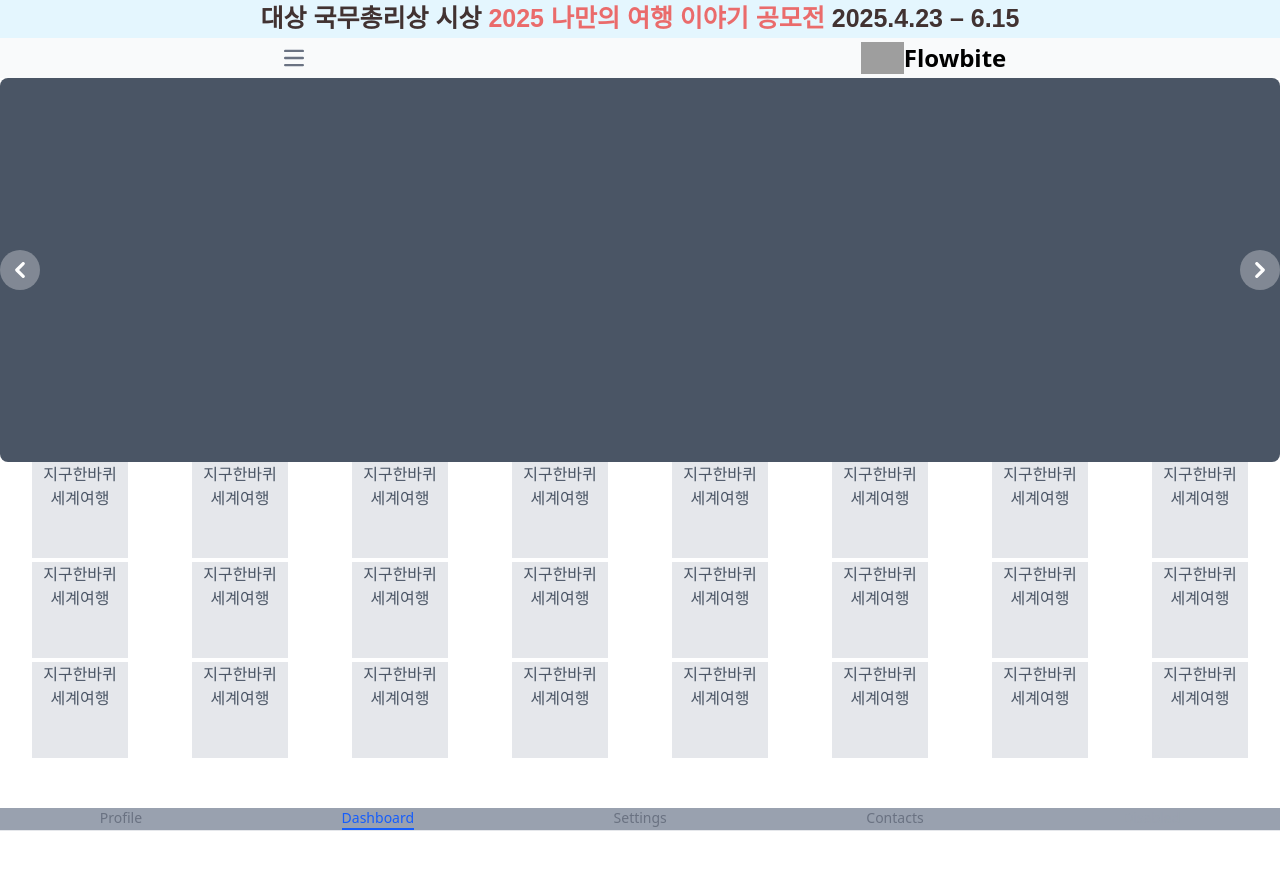
Repository: hyerim1234/travelblog
Page: html/index.html
An editor plug-in stored every save of this project. The page is shown before and after the next save, followed by the edit.
The browser window is 1280 px wide. The pictures show the whole page.
Pictures or frames that could not be fetched are drawn as grey boxes. Some web fonts or font styles are not loaded; a fallback is used. The style sheet was rebuilt from its Sass, Less or Tailwind sources for each picture, by a compiler version that may differ from the author's.

Above is the page before, as saved 2025-05-19 16:04:42.

### html/index.html
<!DOCTYPE html>
<html lang="en">
<head>
    <meta charset="UTF-8">
    <meta name="viewport" content="width=device-width, initial-scale=1.0">
    <title>여행블로그_250516</title>
    <link rel="stylesheet" href="../css/index.css">
    <link rel="preload" as="font" href="https://fastly.jsdelivr.net/gh/projectnoonnu/noonfonts_2102-01@1.0/RixYeoljeongdo_Regular.woff" type="font/woff" crossorigin>
    <script src="https://cdn.jsdelivr.net/npm/@tailwindcss/browser@4" defer></script>

</head>

<body>
   <!-- 1) 이벤트 배너 -->
  <div id="event-banner">
    <h1>
        대상 국무총리상 시상
        <span >2025 나만의 여행 이야기 공모전</span>
        2025.4.23 – 6.15
    </h1>
  </div>


  <!-- 주 네비게이션 메뉴 -->
  <nav class="border-gray-200 bg-gray-50">
    <div class="max-w-screen-xl flex flex-wrap items-center p-4">

      <!-- <a href="#" class="flex items-center space-x-3 rtl:space-x-reverse">
          <img src="https://flowbite.com/docs/images/logo.svg" class="h-8" alt="Flowbite Logo" />
          <span class="self-center text-2xl font-semibold whitespace-nowrap dark:text-white">Flowbite</span>
      </a> -->

      <button data-collapse-toggle="navbar-hamburger" type="button" class="inline-flex items-center justify-center p-2 w-10 h-10 text-sm text-gray-500 rounded-lg hover:bg-gray-100 focus:outline-none focus:ring-2 focus:ring-gray-200 dark:text-gray-400 dark:hover:bg-gray-700 dark:focus:ring-gray-600" aria-controls="navbar-hamburger" aria-expanded="false">
        <span class="sr-only">Open main menu</span>
        <svg class="w-5 h-5" aria-hidden="true" xmlns="http://www.w3.org/2000/svg" fill="none" viewBox="0 0 17 14">
            <path stroke="currentColor" stroke-linecap="round" stroke-linejoin="round" stroke-width="2" d="M1 1h15M1 7h15M1 13h15"/>
        </svg>
      </button>

        <a href="#" class="flex items-center space-x-3 ">
          <img src="https://flowbite.com/docs/images/logo.svg" class="h-8" alt="Flowbite Logo" />
          <span class="self-center text-2xl font-semibold whitespace-nowrap dark:text-white">Flowbite</span>
        </a>

      <div class="hidden w-full" id="navbar-hamburger">
        <ul class="flex flex-col font-medium mt-4 rounded-lg bg-gray-50 dark:bg-gray-800 dark:border-gray-700">
          <li>
            <a href="#" class="block py-2 px-3 text-white bg-blue-700 rounded-sm dark:bg-blue-600" aria-current="page">Home</a>
          </li>
          <li>
            <a href="#" class="block py-2 px-3 text-gray-900 rounded-sm hover:bg-gray-100 dark:text-gray-400 dark:hover:bg-gray-700 dark:hover:text-white">Services</a>
          </li>
          <li>
            <a href="#" class="block py-2 px-3 text-gray-900 rounded-sm hover:bg-gray-100 dark:text-gray-400 md:dark:hover:text-white dark:hover:bg-gray-700 dark:hover:text-white">Pricing</a>
          </li>
          <li>
            <a href="#" class="block py-2 px-3 text-gray-900 rounded-sm hover:bg-gray-100 dark:text-gray-400 dark:hover:bg-gray-700 dark:hover:text-white">Contact</a>
          </li>
        </ul>
      </div>
    </div>
  </nav>



<main class="py-8">
  <!-- 2) 슬라이더 섹션 -->
  <div id="controls-carousel" class="relative w-full" data-carousel="static">
      <!-- Carousel wrapper -->
      <div class="relative h-56 overflow-hidden rounded-lg md:h-96 bg-gray-600">
          <!-- Item 1 -->
          <div class="hidden duration-700 ease-in-out" data-carousel-item>
              <img src="/docs/images/carousel/carousel-1.svg" class="absolute block w-full -translate-x-1/2 -translate-y-1/2 top-1/2 left-1/2 bg-gray-100" alt="...">
          </div>
          <!-- Item 2 -->
          <div class="hidden duration-700 ease-in-out" data-carousel-item="active">
              <img src="/docs/images/carousel/carousel-2.svg" class="absolute block w-full -translate-x-1/2 -translate-y-1/2 top-1/2 left-1/2" alt="...">
          </div>
          <!-- Item 3 -->
          <div class="hidden duration-700 ease-in-out" data-carousel-item>
              <img src="/docs/images/carousel/carousel-3.svg" class="absolute block w-full -translate-x-1/2 -translate-y-1/2 top-1/2 left-1/2" alt="...">
          </div>
          <!-- Item 4 -->
          <div class="hidden duration-700 ease-in-out" data-carousel-item>
              <img src="/docs/images/carousel/carousel-4.svg" class="absolute block w-full -translate-x-1/2 -translate-y-1/2 top-1/2 left-1/2" alt="...">
          </div>
          <!-- Item 5 -->
          <div class="hidden duration-700 ease-in-out" data-carousel-item>
              <img src="/docs/images/carousel/carousel-5.svg" class="absolute block w-full -translate-x-1/2 -translate-y-1/2 top-1/2 left-1/2" alt="...">
          </div>
      </div>
      <!-- Slider controls -->
      <button type="button" class="absolute top-0 start-0 z-30 flex items-center justify-center h-full px-4 cursor-pointer group focus:outline-none" data-carousel-prev>
          <span class="inline-flex items-center justify-center w-10 h-10 rounded-full bg-white/30 dark:bg-gray-800/30 group-hover:bg-white/50 dark:group-hover:bg-gray-800/60 group-focus:ring-4 group-focus:ring-white dark:group-focus:ring-gray-800/70 group-focus:outline-none">
              <svg class="w-4 h-4 text-white dark:text-gray-800 rtl:rotate-180" aria-hidden="true" xmlns="http://www.w3.org/2000/svg" fill="none" viewBox="0 0 6 10">
                  <path stroke="currentColor" stroke-linecap="round" stroke-linejoin="round" stroke-width="2" d="M5 1 1 5l4 4"/>
              </svg>
              <span class="sr-only">Previous</span>
          </span>
      </button>
      <button type="button" class="absolute top-0 end-0 z-30 flex items-center justify-center h-full px-4 cursor-pointer group focus:outline-none" data-carousel-next>
          <span class="inline-flex items-center justify-center w-10 h-10 rounded-full bg-white/30 dark:bg-gray-800/30 group-hover:bg-white/50 dark:group-hover:bg-gray-800/60 group-focus:ring-4 group-focus:ring-white dark:group-focus:ring-gray-800/70 group-focus:outline-none">
              <svg class="w-4 h-4 text-white dark:text-gray-800 rtl:rotate-180" aria-hidden="true" xmlns="http://www.w3.org/2000/svg" fill="none" viewBox="0 0 6 10">
                  <path stroke="currentColor" stroke-linecap="round" stroke-linejoin="round" stroke-width="2" d="m1 9 4-4-4-4"/>
              </svg>
              <span class="sr-only">Next</span>
          </span>
      </button>
  </div>


  <section>
    <!-- 1. 래퍼: 모바일에서 좌우 스크롤 -->
    <div class="overflow-x-auto">
      <!-- 2. 실제 그리드 -->
      <div class="flex grid-col-8 grid-row-">
        <!-- ==== 1행 ==== -->
        <div class="p-6 text-center size-24 bg-gray-200 ">
          <p class="text-gray-600 text-base">지구한바퀴<br/>세계여행</p>
        </div>

        <div class=" p-6 text-center  size-24 bg-gray-200 ">
          <p class="text-gray-600 text-base">지구한바퀴<br/>세계여행</p>
        </div>

        <div class=" p-6 text-center  size-24 bg-gray-200 ">
          <p class="text-gray-600 text-base">지구한바퀴<br/>세계여행</p>
        </div>

        <div class=" p-6 text-center  size-24 bg-gray-200 ">
          <p class="text-gray-600 text-base">지구한바퀴<br/>세계여행</p>
        </div>

         <div class=" p-6 text-center  size-24 bg-gray-200 ">
          <p class="text-gray-600 text-base">지구한바퀴<br/>세계여행</p>
        </div>

         <div class=" p-6 text-center  size-24 bg-gray-200 ">
          <p class="text-gray-600 text-base">지구한바퀴<br/>세계여행</p>
        </div>

         <div class=" p-6 text-center  size-24 bg-gray-200 ">
          <p class="text-gray-600 text-base">지구한바퀴<br/>세계여행</p>
        </div>

         <div class=" p-6 text-center  size-24 bg-gray-200 ">
          <p class="text-gray-600 text-base">지구한바퀴<br/>세계여행</p>
        </div>
      </div>

      <div class="flex " style="margin: 4px 0px;">
        <!-- ==== 2행 ==== -->
        <div class="p-6 text-center size-24 bg-gray-200 ">
          <p class="text-gray-600 text-base">지구한바퀴<br/>세계여행</p>
        </div>

        <div class=" p-6 text-center  size-24 bg-gray-200 ">
          <p class="text-gray-600 text-base">지구한바퀴<br/>세계여행</p>
        </div>

        <div class=" p-6 text-center  size-24 bg-gray-200 ">
          <p class="text-gray-600 text-base">지구한바퀴<br/>세계여행</p>
        </div>

        <div class=" p-6 text-center  size-24 bg-gray-200 ">
          <p class="text-gray-600 text-base">지구한바퀴<br/>세계여행</p>
        </div>

         <div class=" p-6 text-center  size-24 bg-gray-200 ">
          <p class="text-gray-600 text-base">지구한바퀴<br/>세계여행</p>
        </div>

         <div class=" p-6 text-center  size-24 bg-gray-200 ">
          <p class="text-gray-600 text-base">지구한바퀴<br/>세계여행</p>
        </div>

         <div class=" p-6 text-center  size-24 bg-gray-200 ">
          <p class="text-gray-600 text-base">지구한바퀴<br/>세계여행</p>
        </div>

         <div class=" p-6 text-center  size-24 bg-gray-200 ">
          <p class="text-gray-600 text-base">지구한바퀴<br/>세계여행</p>
        </div>
      </div>

      <div class="flex grid-col-8 grid-row-3">
        <!-- ==== 3행 ==== -->
        <div class="p-6 text-center size-24 bg-gray-200 ">
          <p class="text-gray-600 text-base">지구한바퀴<br/>세계여행</p>
        </div>

        <div class=" p-6 text-center  size-24 bg-gray-200 ">
          <p class="text-gray-600 text-base">지구한바퀴<br/>세계여행</p>
        </div>

        <div class=" p-6 text-center  size-24 bg-gray-200 ">
          <p class="text-gray-600 text-base">지구한바퀴<br/>세계여행</p>
        </div>

        <div class=" p-6 text-center  size-24 bg-gray-200 ">
          <p class="text-gray-600 text-base">지구한바퀴<br/>세계여행</p>
        </div>

         <div class=" p-6 text-center  size-24 bg-gray-200 ">
          <p class="text-gray-600 text-base">지구한바퀴<br/>세계여행</p>
        </div>

         <div class=" p-6 text-center  size-24 bg-gray-200 ">
          <p class="text-gray-600 text-base">지구한바퀴<br/>세계여행</p>
        </div>

         <div class=" p-6 text-center  size-24 bg-gray-200 ">
          <p class="text-gray-600 text-base">지구한바퀴<br/>세계여행</p>
        </div>

         <div class=" p-6 text-center  size-24 bg-gray-200 ">
          <p class="text-gray-600 text-base">지구한바퀴<br/>세계여행</p>
        </div>
      </div>

    </div>
  </section>


  <!-- 요일별 연재 : 탭 기능 -->

    <section class="bg-gray-400" style="margin: 50px 0px;">
      <div class="text-sm font-medium text-center text-gray-500 border-b border-gray-200 dark:text-gray-400 dark:border-gray-700">
        <ul class="flex flex-wrap -mb-px">
            <li class="me-2">
                <a href="#" class="inline-block p-4 border-b-2 border-transparent rounded-t-lg hover:text-gray-600 hover:border-gray-300 dark:hover:text-gray-300">Profile</a>
            </li>
            <li class="me-2">
                <a href="#" class="inline-block p-4 text-blue-600 border-b-2 border-blue-600 rounded-t-lg active dark:text-blue-500 dark:border-blue-500" aria-current="page">Dashboard</a>
            </li>
            <li class="me-2">
                <a href="#" class="inline-block p-4 border-b-2 border-transparent rounded-t-lg hover:text-gray-600 hover:border-gray-300 dark:hover:text-gray-300">Settings</a>
            </li>
            <li class="me-2">
                <a href="#" class="inline-block p-4 border-b-2 border-transparent rounded-t-lg hover:text-gray-600 hover:border-gray-300 dark:hover:text-gray-300">Contacts</a>
            </li>
            <li>
                <a class="inline-block p-4 text-gray-400 rounded-t-lg cursor-not-allowed dark:text-gray-500">Disabled</a>
            </li>
        </ul>
      </div>
    </section>

</main>

  <footer>
    <!-- 저작권, 연락처, 사이트 맵 등의 푸터 콘텐츠 -->
  </footer>
</body>
</html>

### css/index.scss
*{
    margin: 0 auto;
    padding: 0;
    box-sizing: border-box;

}

@font-face {
    font-family: 'GmarketSansMedium';
    src: url('https://fastly.jsdelivr.net/gh/projectnoonnu/noonfonts_2001@1.1/GmarketSansMedium.woff') format('woff');
    font-weight: normal;
    font-style: normal;
}

#event-banner{
    background-color: #e4f6fe;
    > h1{
        text-align: center;
        font-size: 25px;
        font-family: 'GmarketSansMedium', sans-serif;
        font-style: normal;
        font-display: swap;
        font-weight: 900;
        color: #413231;

        >span{
            color:#EA6B6B;
        }
    }
}

After the next save:
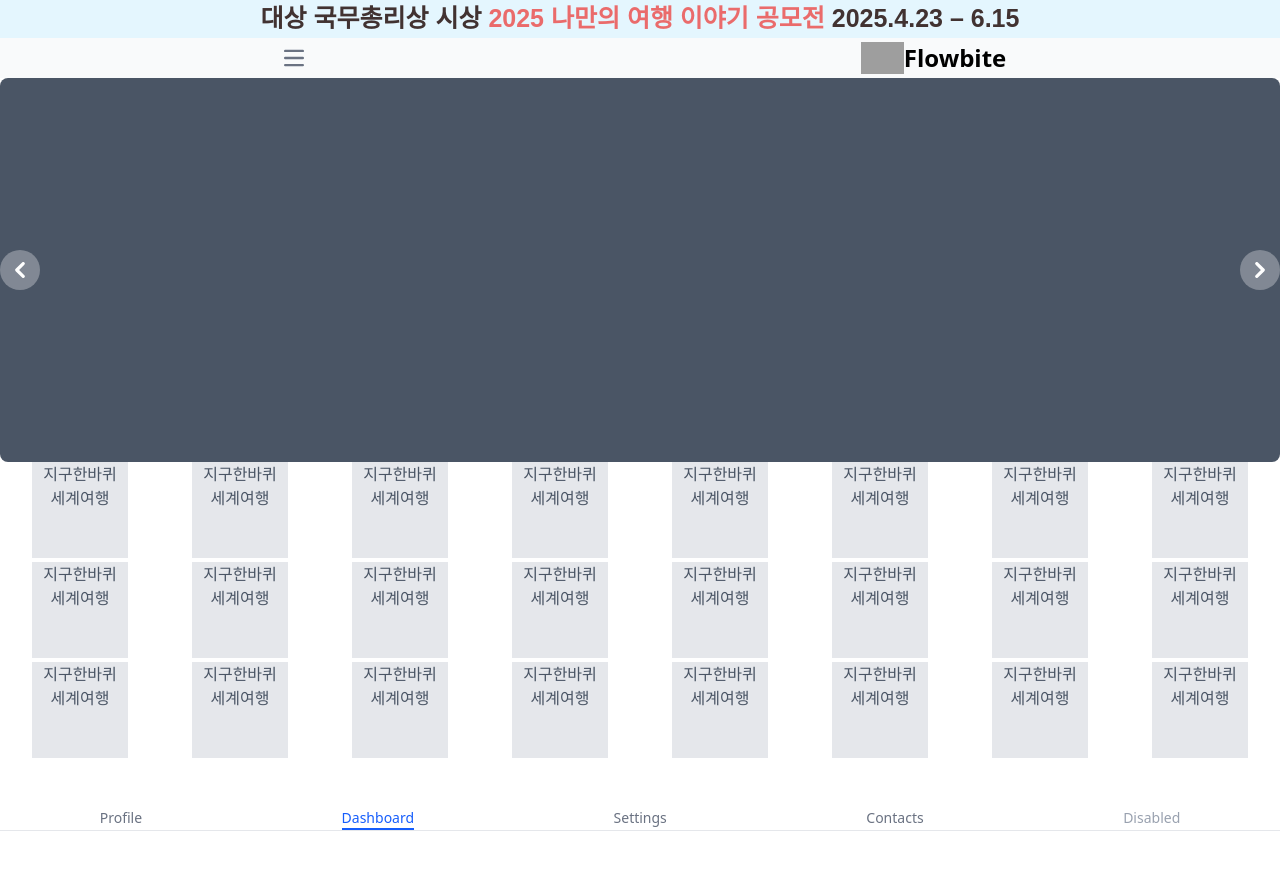
Saved 9 s later.
--- a/html/index.html
+++ b/html/index.html
@@ -224,7 +224,7 @@
 
   <!-- 요일별 연재 : 탭 기능 -->
 
-    <section class="bg-gray-400" style="margin: 50px 0px;">
+    <section class="" style="margin: 50px 0px;">
       <div class="text-sm font-medium text-center text-gray-500 border-b border-gray-200 dark:text-gray-400 dark:border-gray-700">
         <ul class="flex flex-wrap -mb-px">
             <li class="me-2">
